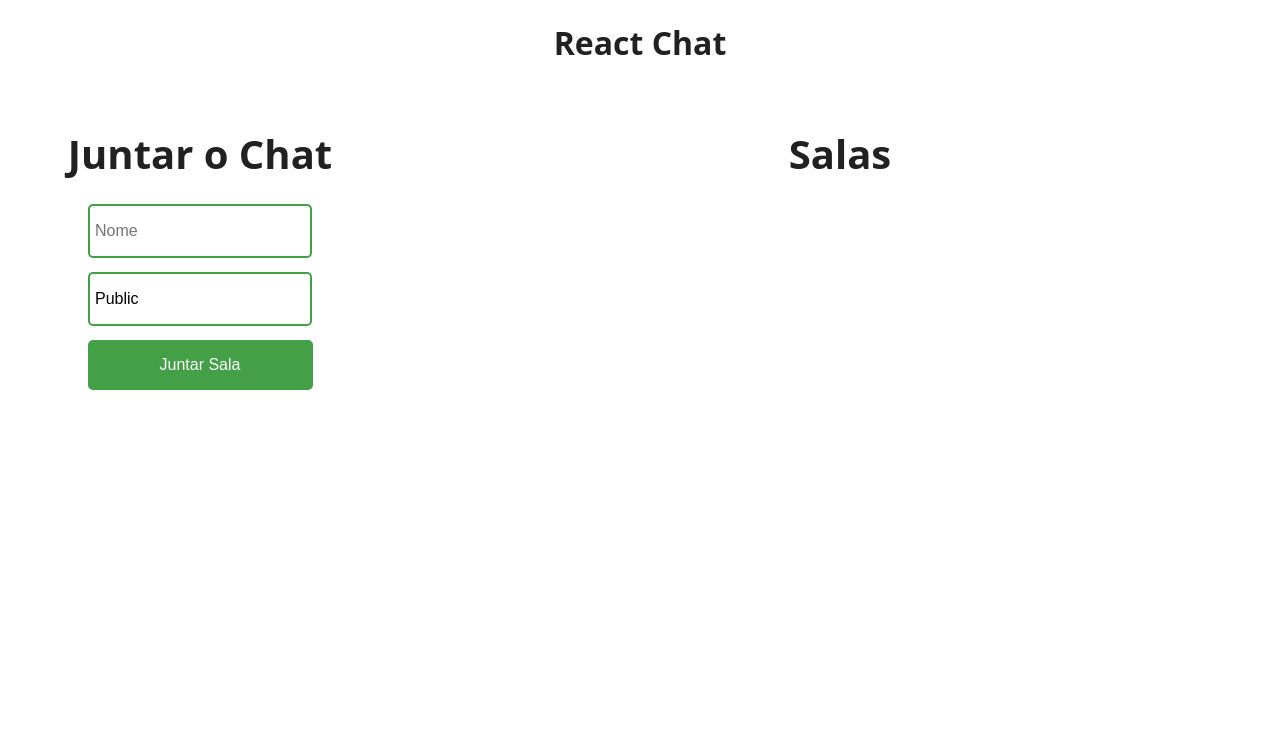
Repository: hierotsu/chat-rooms-react-
Page: / (app in client/)
An editor plug-in stored every save of this project. The page is shown before and after the next save, followed by the edit.
The browser window is 1280 px wide. The pictures show the whole page.
The page's requests for data from a server got no answer. The project was rebuilt for these pictures with package versions that can differ from the ones it lists, and the page was loaded fresh each time. No one was signed in, and anything a server would have sent is missing. Also part of the build but not shown: client/src/components/User.js, client/src/components/Chat.js.

Above is the page before, as saved 2022-02-02 16:33:51.

After the next save:
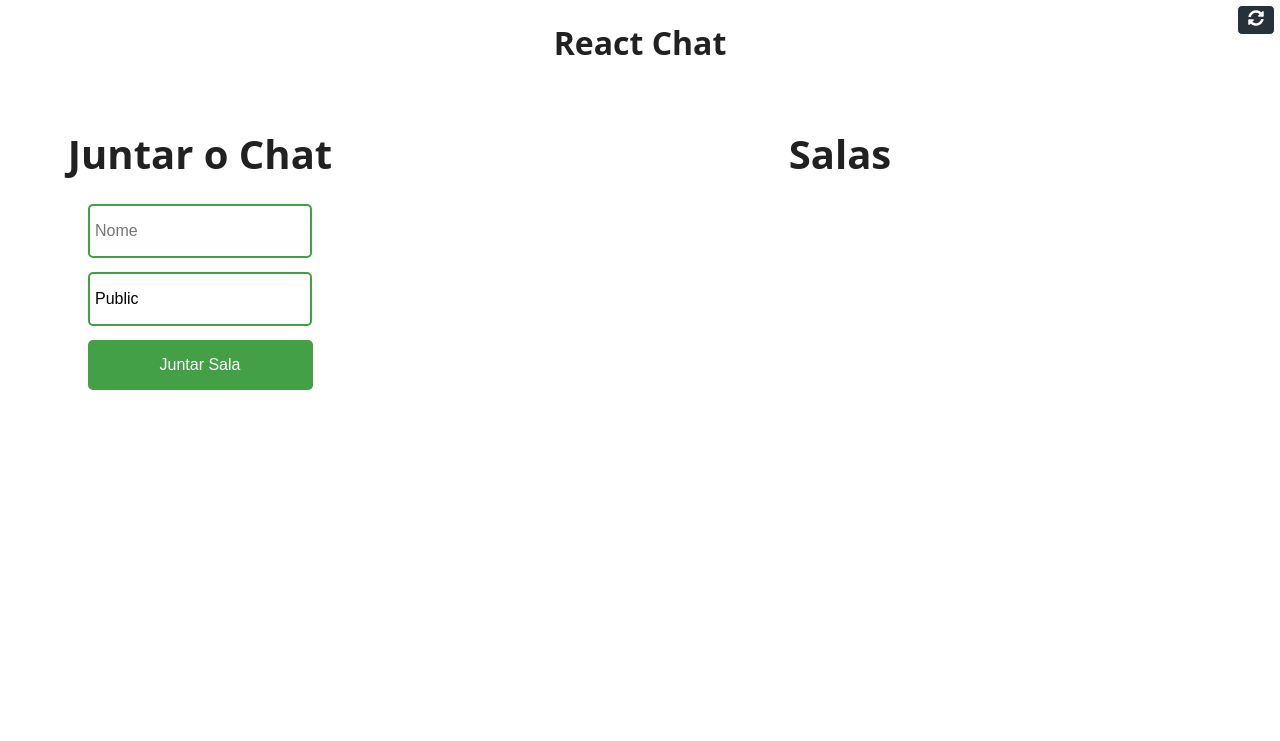
Saved 4 min 31 s later.
--- a/client/src/components/Rooms.js
+++ b/client/src/components/Rooms.js
@@ -16,6 +16,11 @@ export default function Rooms({ socket, joinRoom }) {
     }, [socket])
 
 
+    const refreshHandle = () => {
+        socket.emit('get-rooms', setRooms)
+    }
+
+
     const listRooms = () => {
         return rooms.map((room, ind) => {
             return <div key={'chat-room-' + ind} onClick={joinRoom.bind(null, room.name)}>Sala {room.name} com {room.usersTotal} utilizadores</div>
@@ -24,6 +29,9 @@ export default function Rooms({ socket, joinRoom }) {
 
     return <div className="rooms-container">
         <h3>Salas</h3>
+        <div className="action-bar">
+            <button onClick={refreshHandle}><i className="fas fa-sync-alt"></i></button>
+        </div>
         <div className="rooms-list">
             {listRooms()}
         </div>
